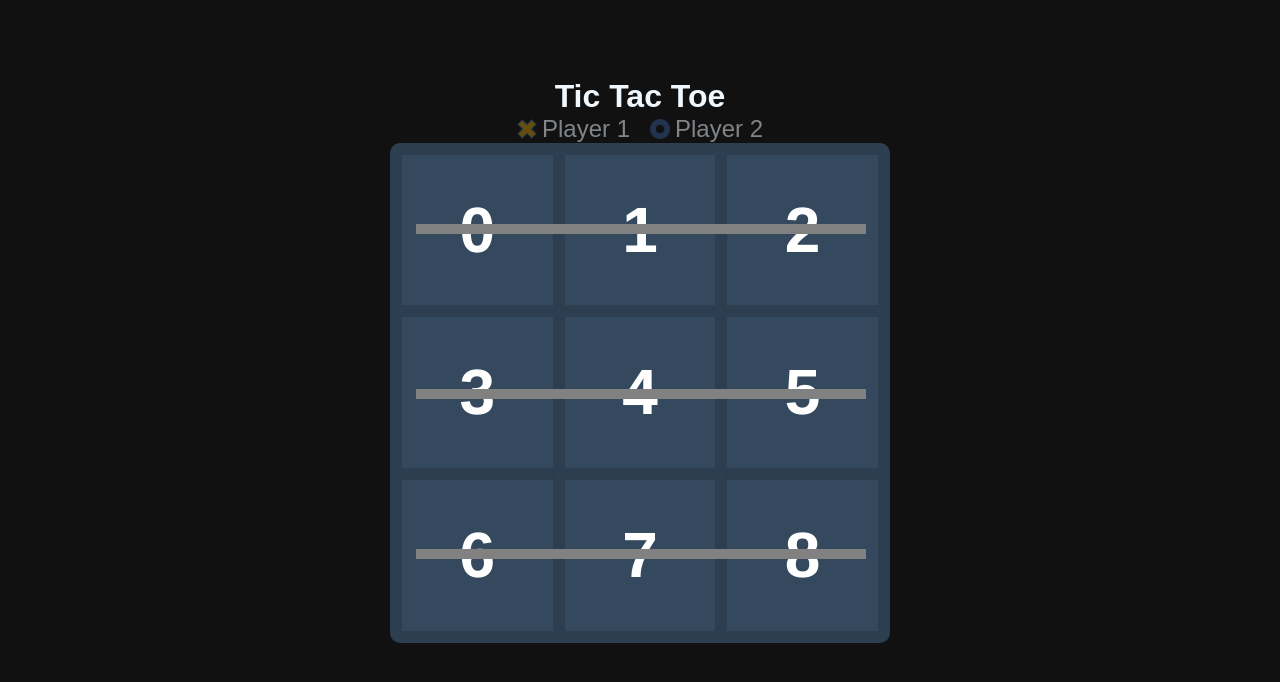
Repository: richardlieknis/tictactoe
Page: index.html
The author's editor kept a copy of each file at every save. The page is drawn from the files as they stood at one save, then again after the next save.
The browser window is 1280 px wide. The pictures show the whole page.

Above is the page before, as saved 2022-12-08 15:07:24.

After the next save:
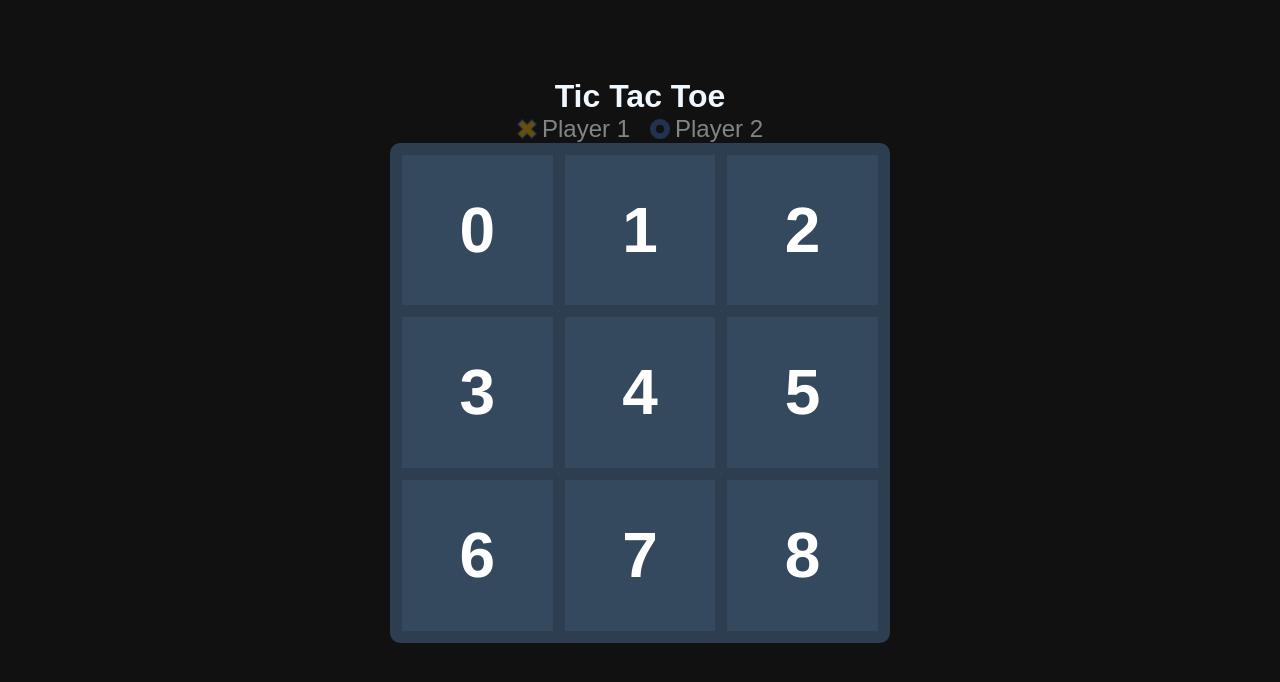
Saved 14 s later.
--- a/index.html
+++ b/index.html
@@ -34,9 +34,9 @@
             <div class="box" id="7" onclick="playerPlace(7)">7</div>
             <div class="box" id="8" onclick="playerPlace(8)">8</div>
             <div class="lines">
-                <div id="line0" class="line" style="top: 75px; left: 20px"></div>
-                <div id="line1" class="line" style="top: 240px; left: 20px"></div>
-                <div id="line2" class="line" style="top: 400px; left: 20px"></div>
+                <div id="line0" class="line" style="top: 75px; left: 20px; transform: scaleX(0)"></div>
+                <div id="line1" class="line" style="top: 240px; left: 20px; transform: scaleX(0)"></div>
+                <div id="line2" class="line" style="top: 400px; left: 20px; transform: scaleX(0)"></div>
                 <div id="line3" class="line" style="top: 240px; right: 180px; transform: rotate(90deg) scaleX(0)"></div>
                 <div id="line4" class="line" style="top: 240px; right: 20px; transform: rotate(90deg) scaleX(0)"></div>
                 <div id="line5" class="line" style="top: 240px; left: 180px; transform: rotate(90deg) scaleX(0)"></div>
